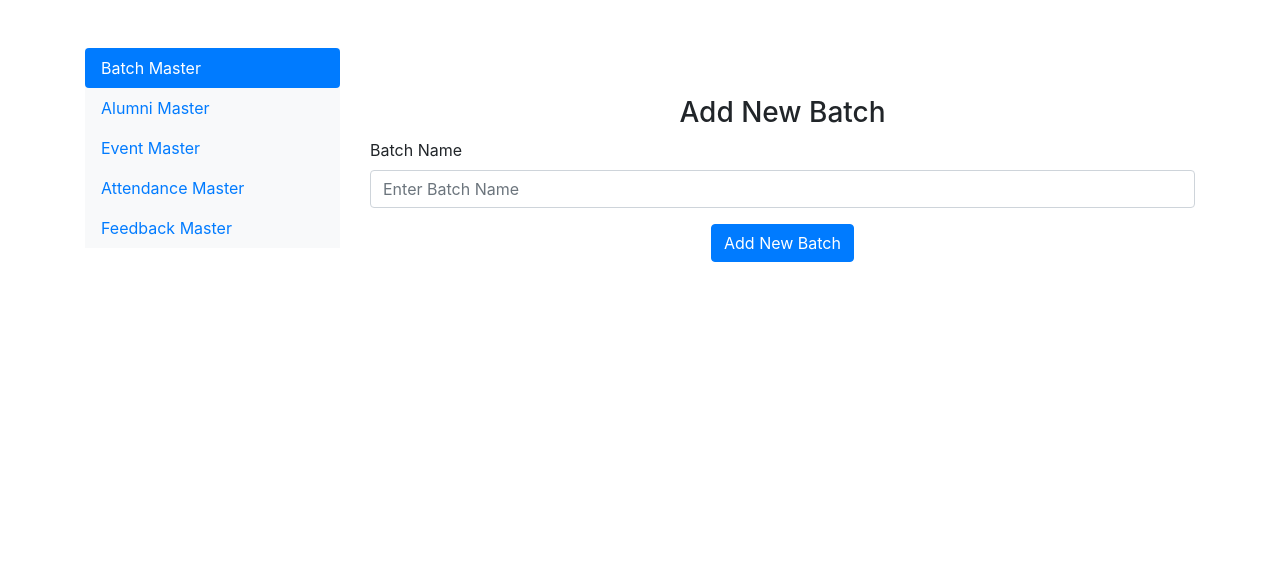
Repository: Shreyash1107/Web_Projects
Page: http://localhost/AlumnieventmanagementApplication/
An editor plug-in stored every save of this project. The page is shown before and after the next save, followed by the edit.
The browser window is 1280 px wide. The pictures show the whole page.
The page is served by Tomcat 9. Nobody is signed in. The application's start-up code is not run.

Above is the page before, as saved 2024-07-24 14:11:35.

After the next save:
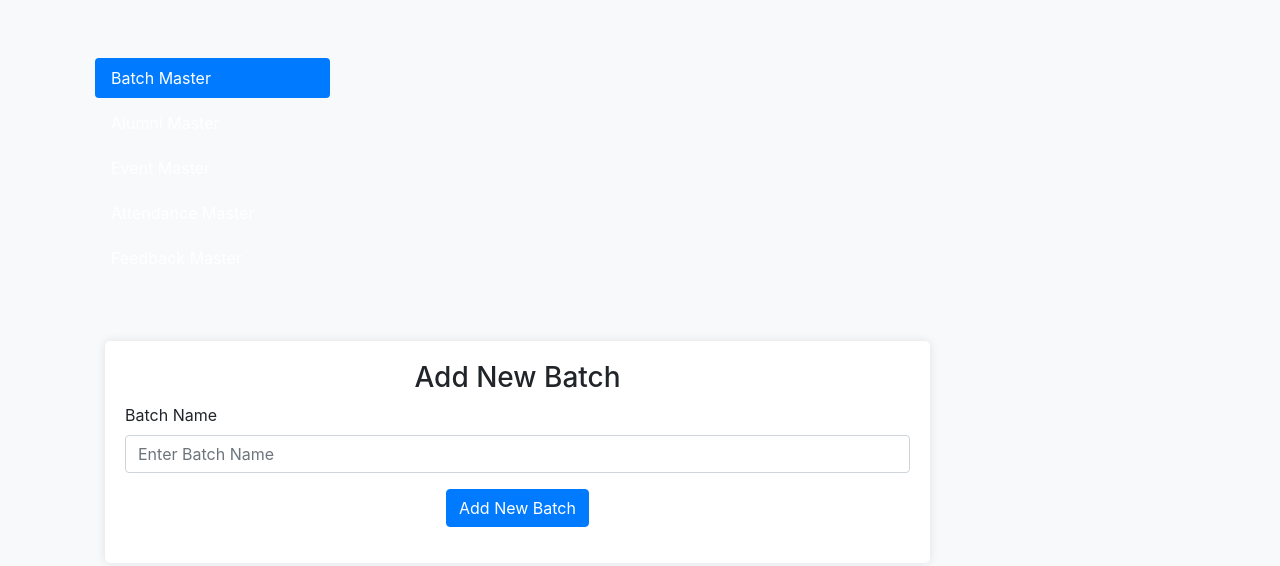
Saved 2 h 18 min later.
--- a/AlumnieventmanagementApplication/src/main/webapp/CSS/home.css
+++ b/AlumnieventmanagementApplication/src/main/webapp/CSS/home.css
@@ -1,52 +1,40 @@
-@charset "ISO-8859-1";
 body {
-    display: flex;
-    height: 100vh;
-    overflow: hidden;
+    background-color: #f8f9fa;
 }
 
-#sidebar {
-    min-width: 250px;
-    max-width: 250px;
-    background: #343a40;
-    color: #fff;
-    transition: all 0.3s;
+.menubar {
+    background-color: #343a40;
+    border-radius: 5px;
+    padding: 10px;
 }
 
-#sidebar.active {
-    margin-left: -250px;
+.menubar .nav-link {
+    color: #fff;
+    margin-bottom: 5px;
 }
 
-#sidebar .sidebar-header {
-    padding: 20px;
-    background: #343a40;
+.menubar .nav-link.active {
+    background-color: #007bff;
 }
 
-#sidebar ul.components {
-    padding: 20px 0;
+.content {
+    margin-left: 20px;
+    flex-grow: 1;
 }
 
-#sidebar ul p {
-    padding: 10px;
-    color: #fff;
+.form-container {
+    background-color: #fff;
+    border-radius: 5px;
+    padding: 20px;
+    box-shadow: 0 0 10px rgba(0, 0, 0, 0.1);
 }
 
-#sidebar ul li a {
-    padding: 10px;
-    font-size: 1.1em;
-    display: block;
-    color: #fff;
-    transition: 0.3s;
+.btn-primary {
+    background-color: #007bff;
+    border-color: #007bff;
 }
 
-#sidebar ul li a:hover {
-    color: #7386D5;
-    background: #fff;
+.btn-primary:hover {
+    background-color: #0056b3;
+    border-color: #004085;
 }
-
-#content {
-    width: 100%;
-    padding: 20px;
-    min-height: 100vh;
-    transition: all 0.3s;
-}
